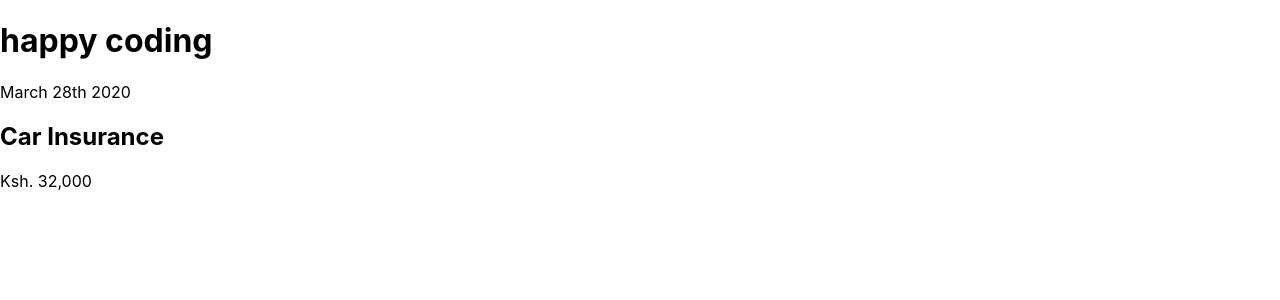
Repository: Samkiroko/expense-tracker-react
Page: /
These files come from the project's save history. The page is drawn as it stood at one moment and after the next save; the edit follows.
The browser window is 1280 px wide. The pictures show the whole page.
The project was rebuilt for these pictures with package versions that can differ from the ones it lists, and the page was loaded fresh each time.

Above is the page before, as saved 2021-06-08 10:32:23.

After the next save:
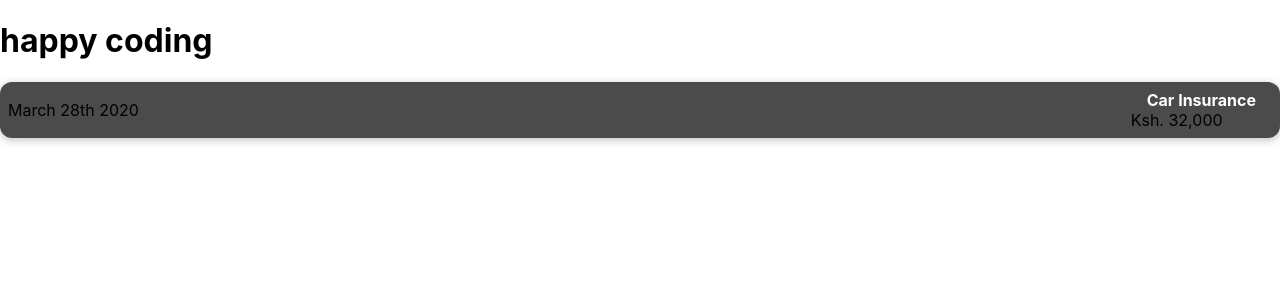
Saved 22 s later.
--- a/src/components/ExpenseItem.js
+++ b/src/components/ExpenseItem.js
@@ -3,7 +3,7 @@ import './ExpenseItem.css'
 
 function ExpenseItem() {
   return (
-    <div className=''>
+    <div className='expense-item'>
       <div>March 28th 2020</div>
       <div>
         <h2>Car Insurance</h2>
